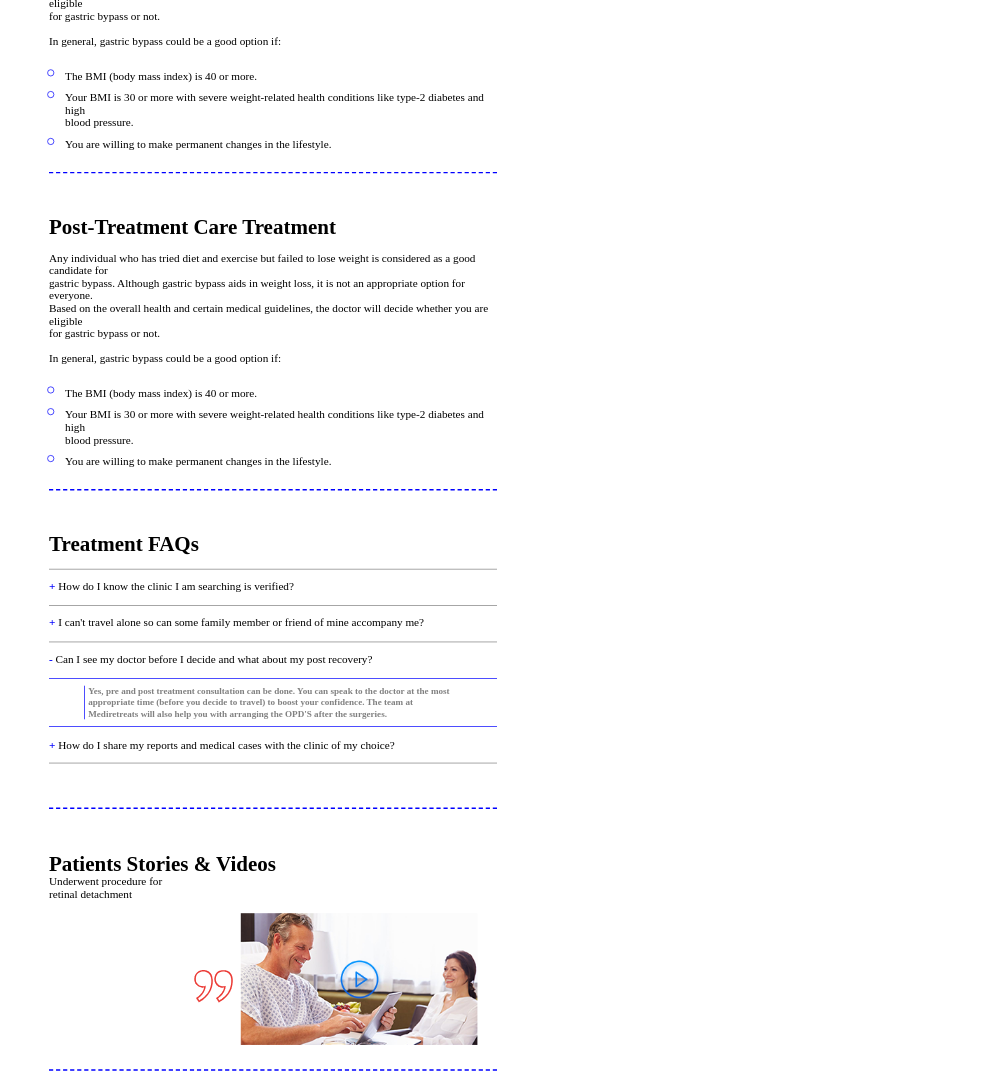
Repository: hetuk2005/webDevelopment
Page: Projects/Aafiya.html
An editor plug-in stored every save of this project. The page is shown before and after the next save, followed by the edit.
The browser window is 1280 px wide. The page is 1438 px wide, so the pictures cover 1438 px, including what lies to the right of the window. The pictures show the part of the page from y = 2902 to 4622 px (the page is 4441 px tall before and 4622 px after), at 70% of full size.

Above is the page before, as saved 2025-04-08 10:28:55.

After the next save:
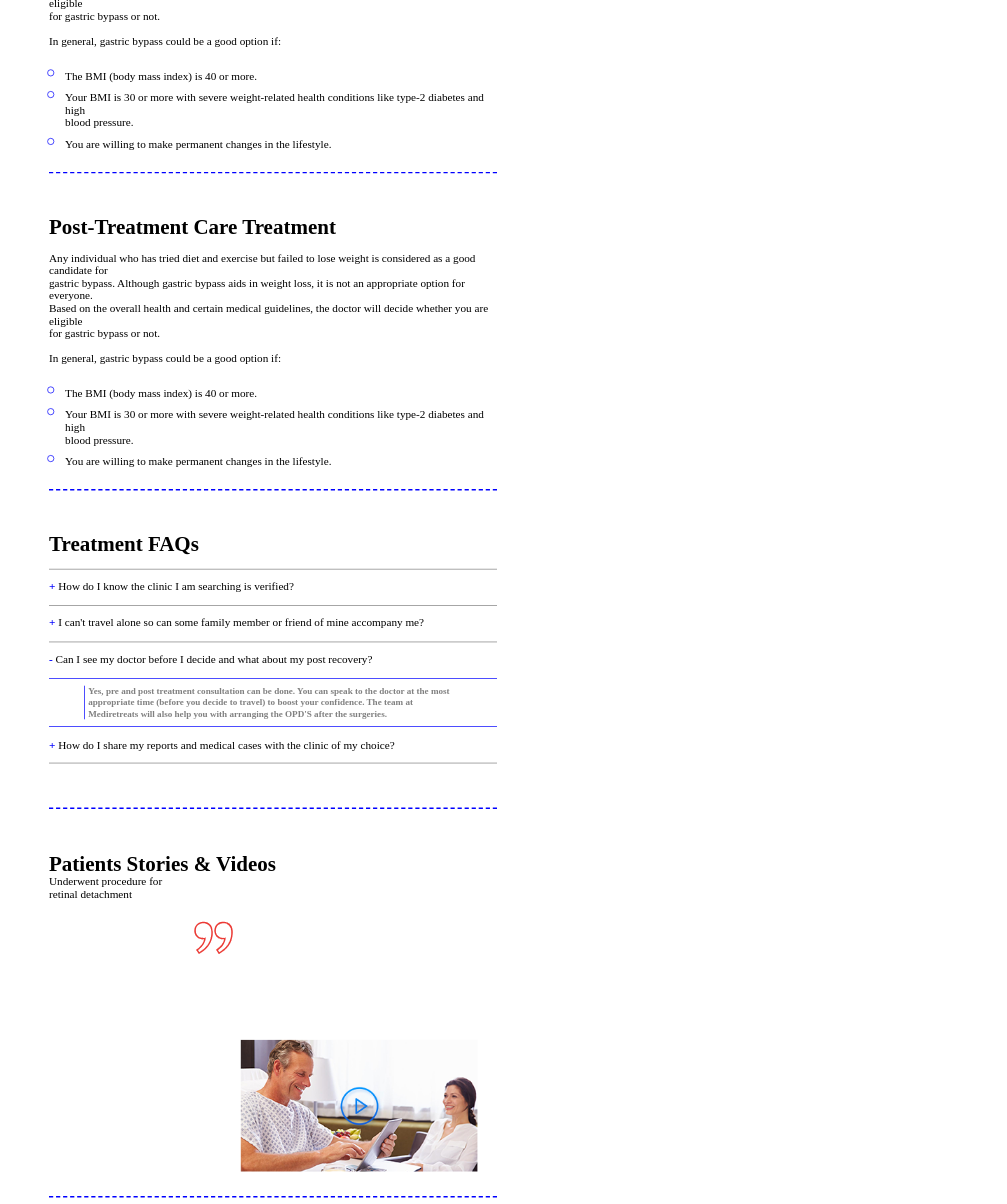
Saved 6 s later.
--- a/Projects/CSS/Aafiya.css
+++ b/Projects/CSS/Aafiya.css
@@ -513,6 +513,6 @@ span {
     height: 70px;
     width: 70px;
     margin-left: 200px;
-    margin-bottom: 50px;
-    object-fit: contain;
-}
+    margin-bottom: 300px;
+    object-fit: contain;
+}
